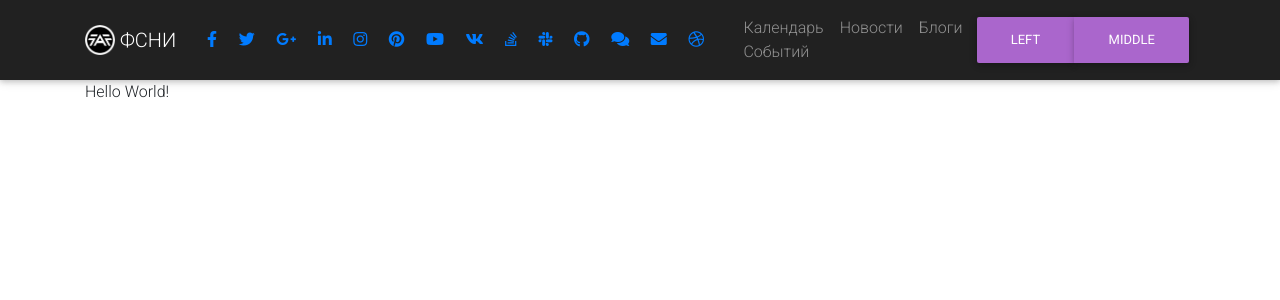
Repository: alexey1986/fsni_test
Page: /
These files come from the project's save history. The page is drawn as it stood at one moment and after the next save; the edit follows.
The browser window is 1280 px wide. The pictures show the whole page.
The project was rebuilt for these pictures with package versions that can differ from the ones it lists, and the page was loaded fresh each time.

Above is the page before, as saved 2020-08-27 21:21:54.

### src/index.js
import React from 'react';
import ReactDOM from 'react-dom';
import 'bootstrap/dist/css/bootstrap.min.css';
import '@fortawesome/fontawesome-free/css/all.min.css';
//import 'bootstrap-css-only/css/bootstrap.min.css';
import 'mdbreact/dist/css/mdb.css';


import App from './App';
import * as serviceWorker from './serviceWorker';

ReactDOM.render(
  <React.StrictMode>
    <App />
  </React.StrictMode>,
  document.getElementById('root')
);

// If you want your app to work offline and load faster, you can change
// unregister() to register() below. Note this comes with some pitfalls.
// Learn more about service workers: https://bit.ly/CRA-PWA
serviceWorker.unregister();

### src/App.js
import React from 'react';
import NavBarComponent from './components/nav/NavBar';

function App() {
  return (
    <NavBarComponent></NavBarComponent>
  );
}

export default App;

### src/components/nav/NavBar.jsx
import React from 'react';
import { BrowserRouter as Router, Link, NavLink, Route } from "react-router-dom";
import { Container, Navbar, Nav, ButtonGroup, Button } from 'react-bootstrap';
import SocialButtons from './SocialButtons'
import Home from '../home/home';
import logo from './logo.png';

const NavBarComponent = () => {
    return (
        <Router>
            <Navbar bg="dark" expand="lg" variant="dark" sticky="top" >
                <Container>
                    <Navbar.Brand as={Link} to='/'>
                        <img
                            alt=""
                            src={logo}
                            width="30"
                            height="30"
                            className="d-inline-block align-top"
                        />{' '}
                        ФСНИ
                    </Navbar.Brand>
                    <SocialButtons />
                    <Navbar.Toggle aria-controls="basic-navbar-nav" />
                    <Navbar.Collapse id="basic-navbar-nav">
                        <Nav>
                            <Nav.Link as={NavLink} to='/calendar'>Календарь Событий</Nav.Link>
                            <Nav.Link as={NavLink} to='/news'>Новости</Nav.Link>
                            <Nav.Link as={NavLink} to='/blogs'>Блоги</Nav.Link>
                        </Nav>
                        <ButtonGroup aria-label="Basic example">
                            <Button variant="secondary">Left</Button>
                            <Button variant="secondary">Middle</Button>
                        </ButtonGroup>
                    </Navbar.Collapse>
                </Container>
            </Navbar>
            <Route path="/" exact component={Home} />
            {/* <Route path="/news" exact component={News} />
            <Route path="/articles" exact component={Articles} /> */}
        </Router>
    )
}

export default NavBarComponent;

### src/components/nav/SocialButtons.jsx
import React from 'react';
import { MDBIcon, MDBContainer } from 'mdbreact';

const SocialButtons = () => {
  return (
    <MDBContainer>
      <a href="#!" className="fb-ic mr-3">
        <MDBIcon fab icon="facebook-f" />
      </a>
      <a href="#!" className="tw-ic mr-3">
        <MDBIcon fab icon="twitter" />
      </a>
      <a href="#!" className="gplus-ic mr-3">
        <MDBIcon fab icon="google-plus-g" />
      </a>
      <a href="#!" className="li-ic mr-3">
        <MDBIcon fab icon="linkedin-in" />
      </a>
      <a href="#!" className="ins-ic mr-3">
        <MDBIcon fab icon="instagram" />
      </a>
      <a href="#!" className="pin-ic mr-3">
        <MDBIcon fab icon="pinterest" />
      </a>
      <a href="#!" className="yt-ic mr-3">
        <MDBIcon fab icon="youtube" />
      </a>
      <a href="#!" className="vk-ic mr-3">
        <MDBIcon fab icon="vk" />
      </a>
      <a href="#!" className="so-ic mr-3">
        <MDBIcon fab icon="stack-overflow" />
      </a>
      <a href="#!" className="slack-ic mr-3">
        <MDBIcon fab icon="slack" />
      </a>
      <a href="#!" className="git-ic mr-3">
        <MDBIcon fab icon="github" />
      </a>
      <a href="#!" className="comm-ic mr-3">
        <MDBIcon icon="comments" />
      </a>
      <a href="#!" className="email-ic mr-3">
        <MDBIcon icon="envelope" />
      </a>
      <a href="#!" className="dribbble-ic mr-3">
        <MDBIcon fab icon="dribbble" />
      </a>
    </MDBContainer>
  );
}

export default SocialButtons;

### src/components/home/home.jsx
import React from 'react';
import { Container, Row, Col } from 'react-bootstrap';

const Home = () => <Container>Hello World!</Container>

export default Home;

Loaded but not shown: public/index.html (common file); src/serviceWorker.js (common file)

After the next save:
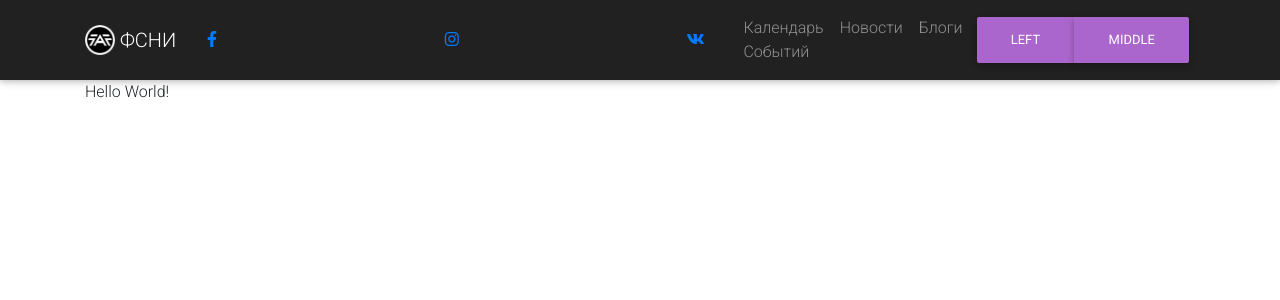
Saved 44 s later.
--- a/src/components/nav/SocialButtons.jsx
+++ b/src/components/nav/SocialButtons.jsx
@@ -7,44 +7,11 @@
       <a href="#!" className="fb-ic mr-3">
         <MDBIcon fab icon="facebook-f" />
       </a>
-      <a href="#!" className="tw-ic mr-3">
-        <MDBIcon fab icon="twitter" />
-      </a>
-      <a href="#!" className="gplus-ic mr-3">
-        <MDBIcon fab icon="google-plus-g" />
-      </a>
-      <a href="#!" className="li-ic mr-3">
-        <MDBIcon fab icon="linkedin-in" />
-      </a>
       <a href="#!" className="ins-ic mr-3">
         <MDBIcon fab icon="instagram" />
       </a>
-      <a href="#!" className="pin-ic mr-3">
-        <MDBIcon fab icon="pinterest" />
-      </a>
-      <a href="#!" className="yt-ic mr-3">
-        <MDBIcon fab icon="youtube" />
-      </a>
       <a href="#!" className="vk-ic mr-3">
         <MDBIcon fab icon="vk" />
-      </a>
-      <a href="#!" className="so-ic mr-3">
-        <MDBIcon fab icon="stack-overflow" />
-      </a>
-      <a href="#!" className="slack-ic mr-3">
-        <MDBIcon fab icon="slack" />
-      </a>
-      <a href="#!" className="git-ic mr-3">
-        <MDBIcon fab icon="github" />
-      </a>
-      <a href="#!" className="comm-ic mr-3">
-        <MDBIcon icon="comments" />
-      </a>
-      <a href="#!" className="email-ic mr-3">
-        <MDBIcon icon="envelope" />
-      </a>
-      <a href="#!" className="dribbble-ic mr-3">
-        <MDBIcon fab icon="dribbble" />
       </a>
     </MDBContainer>
   );
